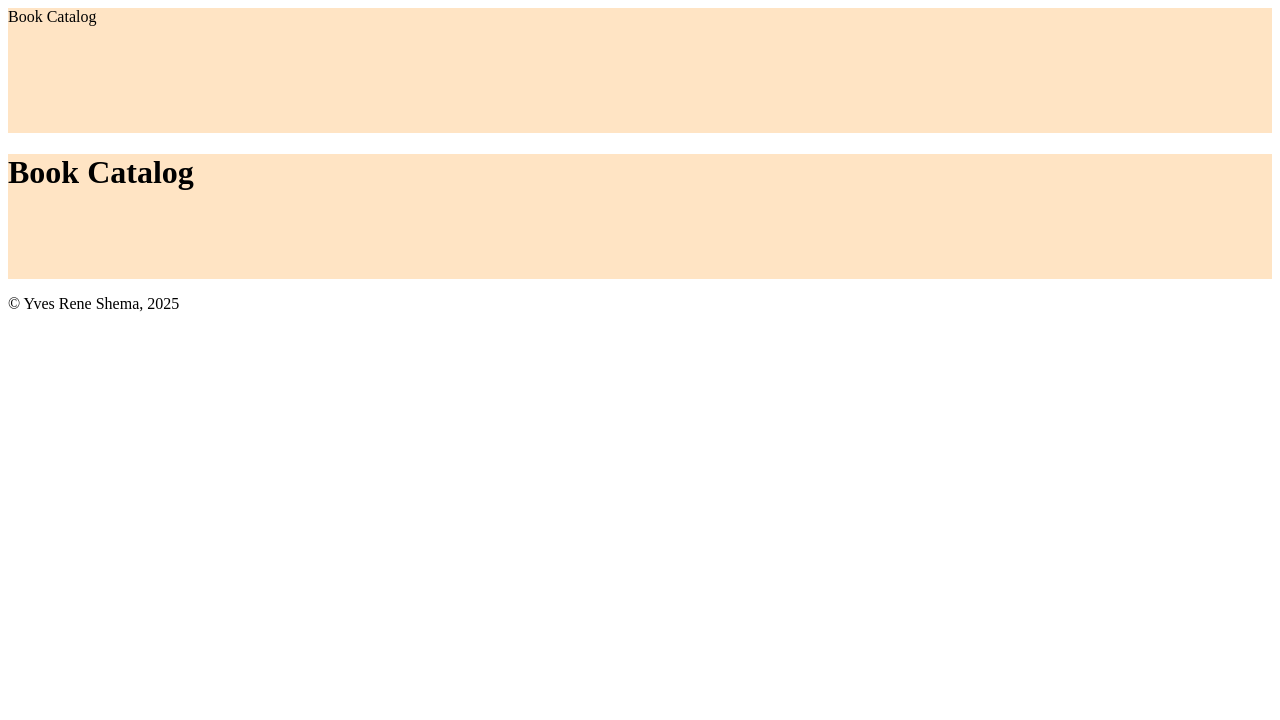
Repository: richelletiongson/comp3170_lab01
Page: /
An editor plug-in stored every save of this project. The page is shown before and after the next save, followed by the edit.
The browser window is 1280 px wide. The pictures show the whole page.
The project was rebuilt for these pictures with package versions that can differ from the ones it lists, and the page was loaded fresh each time. Also part of the build but not shown: vite.config.js.

Above is the page before, as saved 2025-09-13 22:59:19.

After the next save:
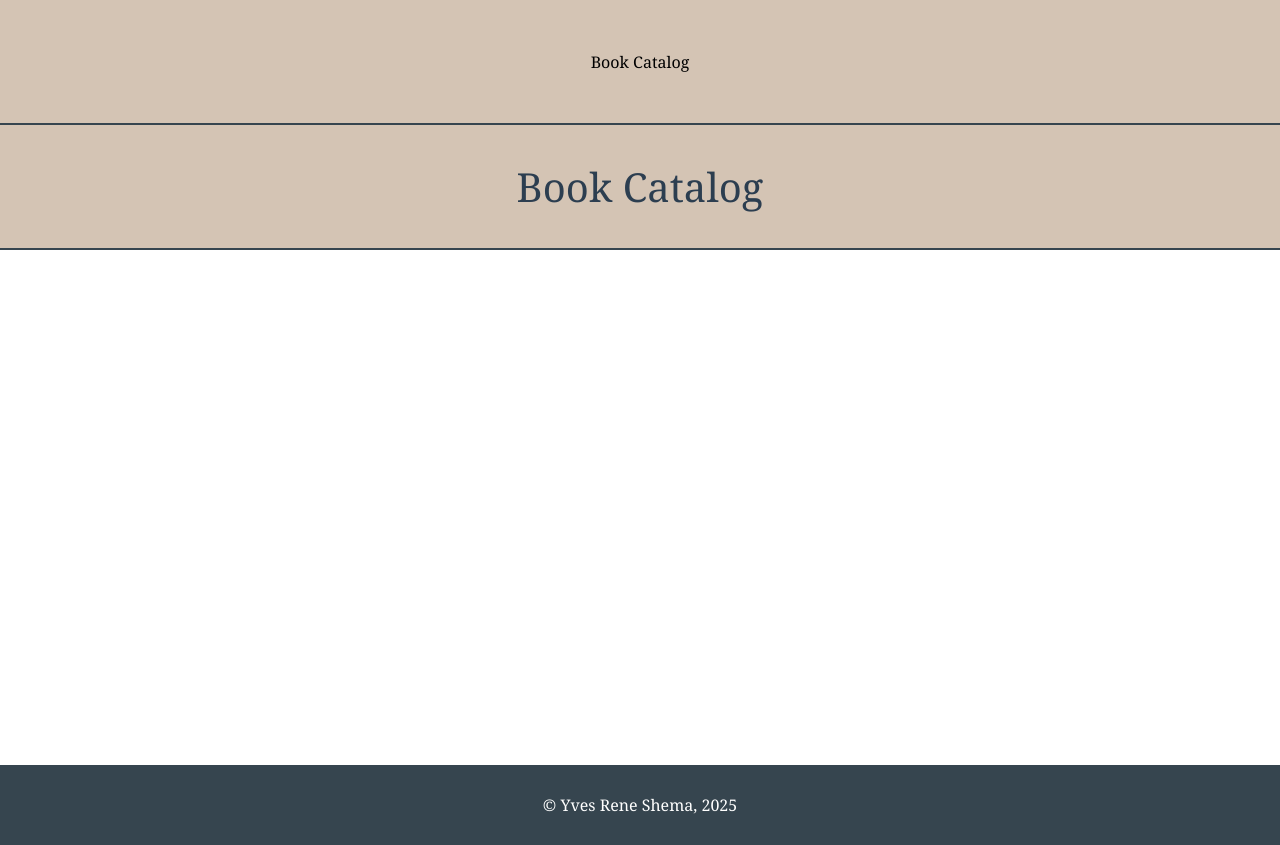
Saved 4 s later.
--- a/src/index.css
+++ b/src/index.css
@@ -1,11 +1,56 @@
-{
+* {
   margin: 0;
   padding: 0;
-  height: 100%;
+  box-sizing: border-box;
+}
+
+body {
+  font-family: 'Georgia', 'Times New Roman', serif;
+  height: 100vh;
+  display: flex;
+  flex-direction: column;
+}
+
+.app {
+  display: flex;
+  flex-direction: column;
+  min-height: 100vh;
 }
 
 .header {
-  background-color: bisque;
+  background-color: #D4C4B4;
   height: 125px;
+  display: flex;
+  align-items: center;
+  justify-content: center;
+  border-bottom: 2px solid #36454F;
+}
 
+.header-title {
+  color: #2C3E50;
+  font-size: 2.5rem;
+  font-weight: normal;
+  text-align: center;
+  margin: 0;
 }
+
+.main-content {
+  flex: 1;
+  background-color: #FFFFFF;
+  padding: 2rem;
+}
+
+.footer {
+  background-color: #36454F;
+  height: 80px;
+  display: flex;
+  align-items: center;
+  justify-content: center;
+}
+
+.footer-text {
+  color: #FFFFFF;
+  font-size: 1rem;
+  margin: 0;
+  text-align: center;
+}
